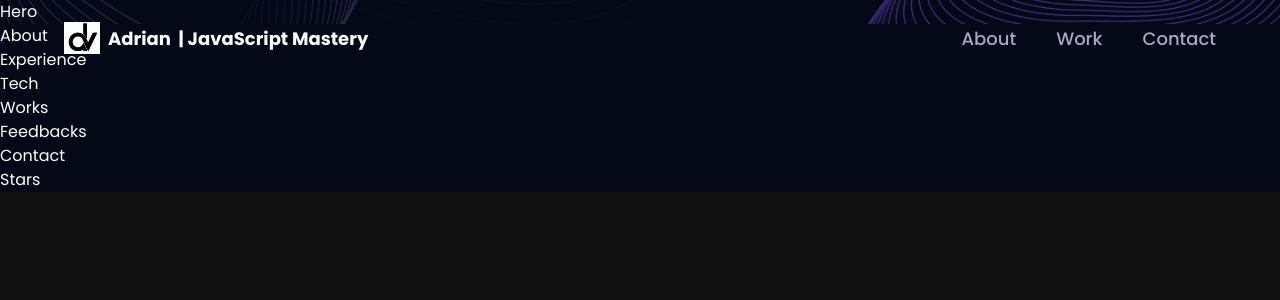
Repository: david-vizena/3d-portfolio
Page: /
An editor plug-in stored every save of this project. The page is shown before and after the next save, followed by the edit.
The browser window is 1280 px wide. The pictures show the whole page.
The project was rebuilt for these pictures with package versions that can differ from the ones it lists, and the page was loaded fresh each time. Also part of the build but not shown: vite.config.js, src/components/canvas/Earth.jsx, src/components/canvas/Ball.jsx, src/components/canvas/Computers.jsx.

Above is the page before, as saved 2023-03-30 13:43:38.

After the next save:
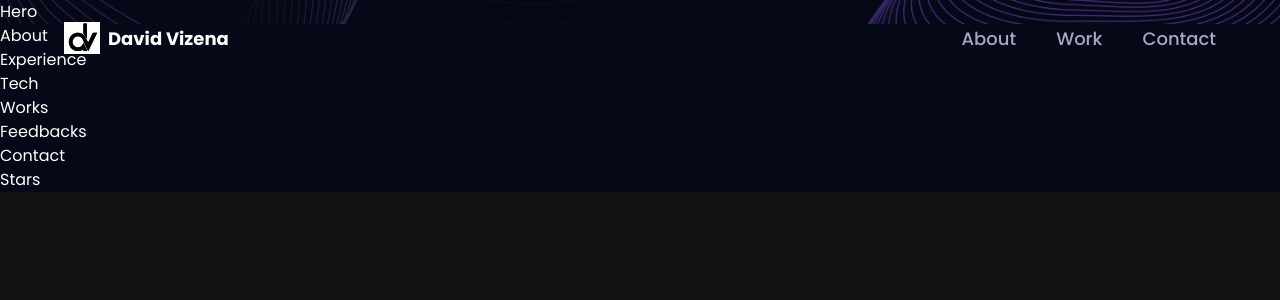
Saved 32 s later.
--- a/src/components/Navbar.jsx
+++ b/src/components/Navbar.jsx
@@ -42,8 +42,7 @@
 					}}>
 					<img src={logo} alt='logo' className='w-9 h-9 object-contain' />
 					<p className='text-white text-[18px] font-bold cursor-pointer flex '>
-						Adrian &nbsp;
-						<span className='sm:block hidden'> | JavaScript Mastery</span>
+						David Vizena
 					</p>
 				</Link>
 
